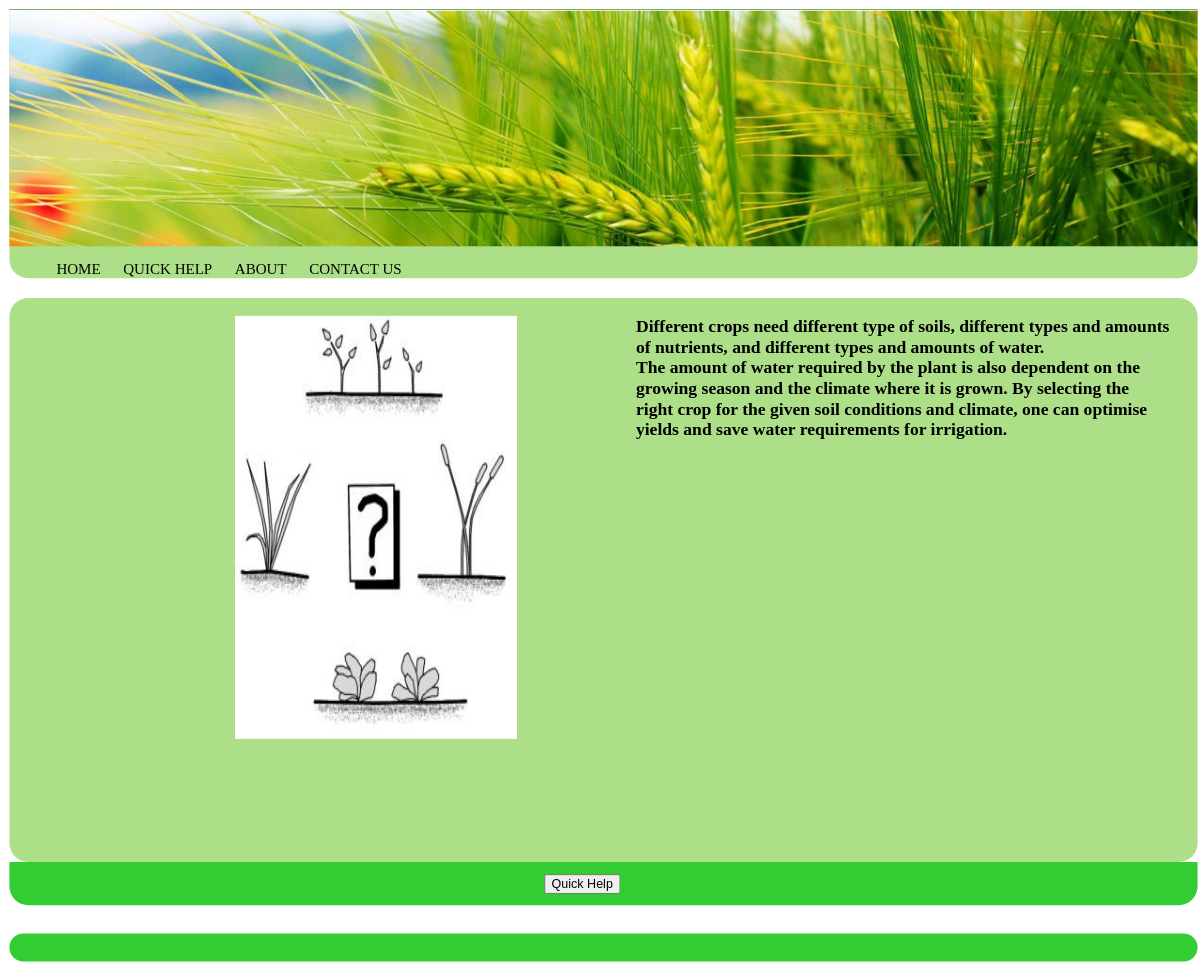
Repository: shivamtyagi1234/FarmoFriend
Page: http://localhost/FarmoFriend/
An editor plug-in stored every save of this project. The page is shown before and after the next save, followed by the edit.
The browser window is 1280 px wide. The pictures show the whole page, at 94% of full size.
The page is served by Tomcat 9.

Above is the page before, as saved 2019-11-03 07:15:11.

After the next save:
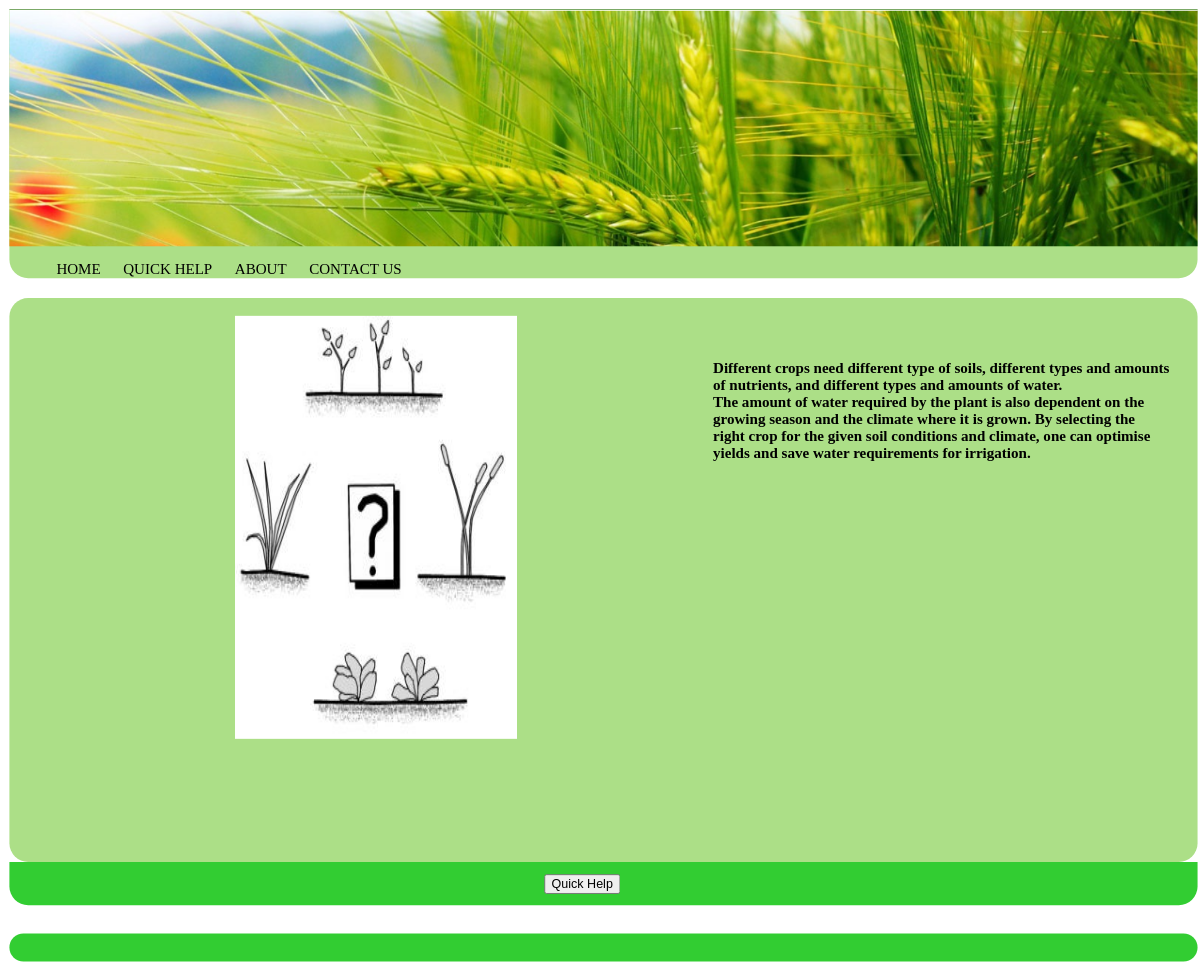
Saved 12 s later.
--- a/FarmoFriend/WebContent/home.jsp
+++ b/FarmoFriend/WebContent/home.jsp
@@ -76,13 +76,13 @@ height:30px;
 
 <div id="homeBody">
 	<div style="float: left; width: 50%"><img alt="home1" src="images\crop selection.jpg" ></div>
-	<div style="float: right; text-align: left; text-decoration: blink; padding-right:30px; padding-top: 0px";>
-	<p><h3>Different crops need different type of soils, different types and amounts
+	<div style="float: right; text-align: left; text-decoration: blink; padding-right:30px; padding-top: 45px";>
+	<p><h4>Different crops need different type of soils, different types and amounts
 	<br>of nutrients, and different types and amounts of water.
 	<br> The amount of water required by the plant is also dependent on the
 	<br>growing season and the climate where it is grown. By selecting the
 	<br>right crop for the given soil conditions and climate, one can optimise
-	<br> yields and save water requirements for irrigation.<br></h3></p>
+	<br> yields and save water requirements for irrigation.<br></h4></p>
 	</div>
 
 
